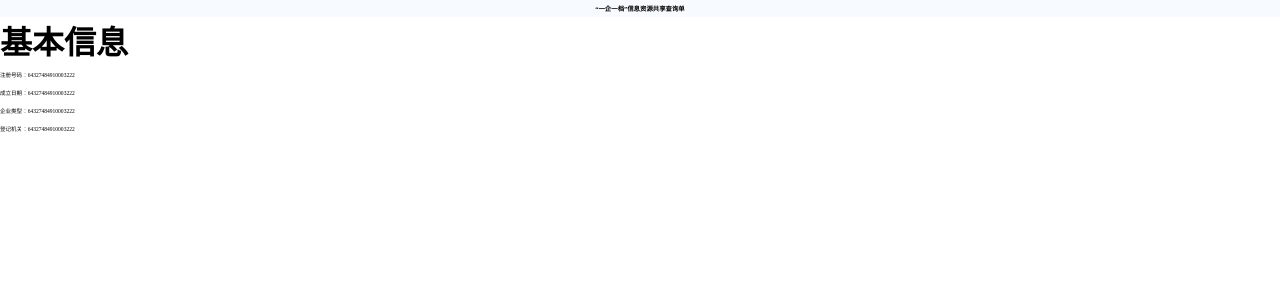
Repository: zlpstart/qingdao-new
Page: /preview
These files come from the project's save history. The page is drawn as it stood at one moment and after a run of saves; the edit follows.
The browser window is 1280 px wide. The pictures show the whole page.
Some web fonts or font styles are not loaded; a fallback is used. The project was rebuilt for these pictures with package versions that can differ from the ones it lists, and the page was loaded fresh each time. Also part of the build but not shown: src/components/TopBar.vue, src/components/MySpace.vue, src/components/Home.vue, src/components/Enterprise.vue, src/components/Opinion.vue, src/components/Opinion2.vue, src/components/Record.vue, src/components/Car.vue and 8 more.

Above is the page before, as saved 2019-09-22 22:21:43.

After the next 2 saves:
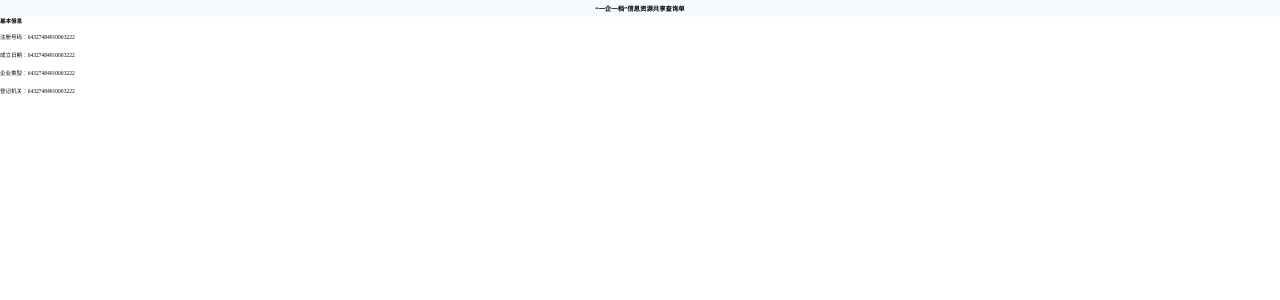
The 2 saves are shown as one change because they came seconds apart.
The last was saved 7 s later.
--- a/src/components/preview.vue
+++ b/src/components/preview.vue
@@ -78,7 +78,9 @@ ul {
   font-weight: 400;
   color: rgba(0, 0, 0, 1);
 }
-.
+.preview_title {
+    width: 100
+}
 .preview_title h1 {
   font-size: 0.3467rem;
   font-family: PingFangSC-Semibold, PingFangSC;
